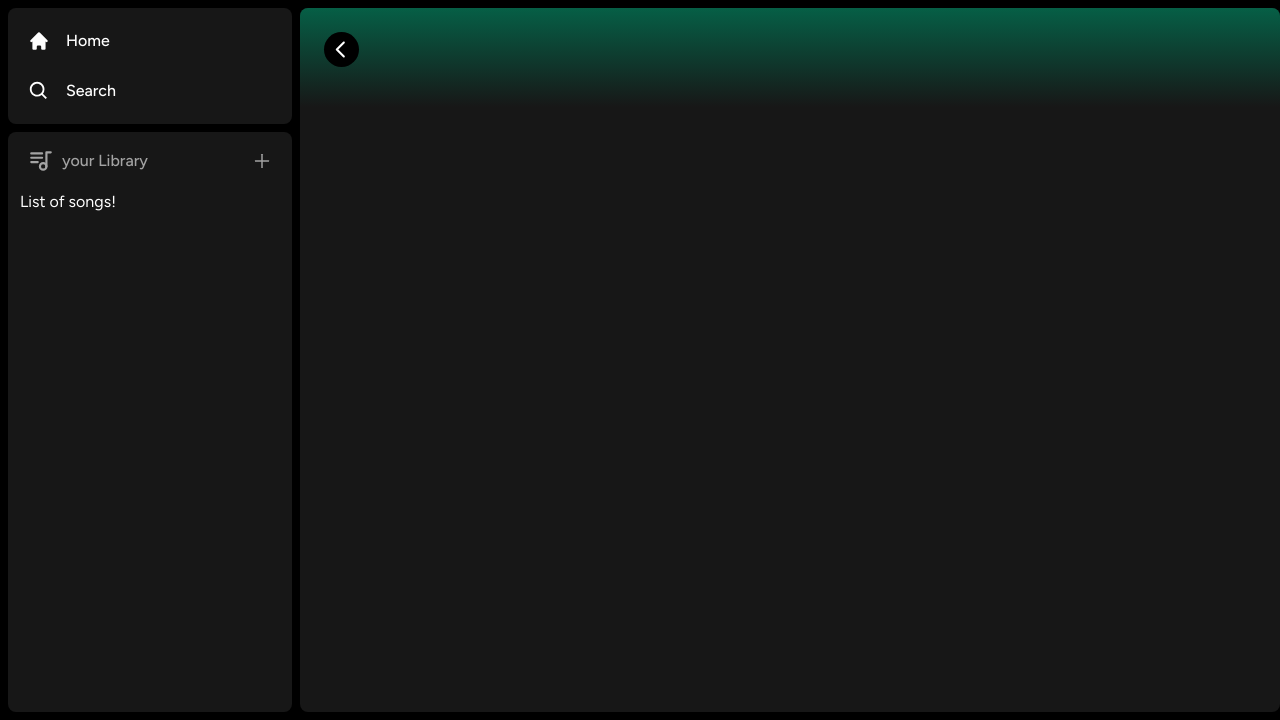
Repository: kjh4357/clone-spotify
Page: /
The author's editor kept a copy of each file at every save. The page is drawn from the files as they stood at one save, then again after the next save.
The browser window is 1280 px wide. The pictures show the whole page.
The project was rebuilt for these pictures with package versions that can differ from the ones it lists, and the page was loaded fresh each time. The framework's server and built-in components were replaced by stand-ins that run in the browser. Also part of the build but not shown: next.config.mjs.

Above is the page before, as saved 2024-09-25 17:23:45.

### src/app/layout.tsx
import type { Metadata } from 'next';
import { Figtree } from 'next/font/google';
import './globals.css';
import Sidebar from '@/components/Sidebar';

const font = Figtree({ subsets: ['latin'] });

export const metadata: Metadata = {
  title: 'Spotify Clone',
  description: 'Listen to your favorite music',
};

export default function RootLayout({
  children,
}: Readonly<{
  children: React.ReactNode;
}>) {
  return (
    <html lang='en'>
      <body className={font.className}>
        <Sidebar>{children}</Sidebar>
      </body>
    </html>
  );
}

### src/app/(site)/page.tsx
import Header from '@/components/Header';

export default function Home() {
  return (
    <div className='bg-neutral-900 rounded-lg h-full w-full overflow-hidden overflow-y-auto'>
      <Header>Header</Header>
    </div>
  );
}

### src/components/Sidebar.tsx
'use client';

import { usePathname } from 'next/navigation';
import { useMemo } from 'react';
import { BiSearch } from 'react-icons/bi';
import { HiHome } from 'react-icons/hi';
import Box from './Box';
import SidebarItem from './SidebarItem';
import Library from './Library';

interface SidebarProps {
  children: React.ReactNode;
}
const Sidebar: React.FC<SidebarProps> = ({ children }) => {
  const pathname = usePathname();
  const routes = useMemo(
    () => [
      {
        icon: HiHome,
        label: 'Home',
        active: pathname !== '/search',
        href: '/',
      },
      {
        icon: BiSearch,
        label: 'Search',
        active: pathname !== '/search',
        href: '/search',
      },
    ],
    [pathname]
  );
  return (
    <div className='flex h-full'>
      <div className='hidden md:flex flex-col gap-y-2 bg-black w-[300px] p-2'>
        <Box classname=''>
          <div className='flex flex-col gap-y-4 px-5 py-4'>
            {routes.map((item) => (
              <SidebarItem key={item.label} {...item} />
            ))}
          </div>
        </Box>
        <Box classname='overflow-y-auto h-full'>
          <Library />
        </Box>
      </div>
      <main className='h-full flex-1 overflow-y-auto py-2'>{children}</main>
    </div>
  );
};

export default Sidebar;

### src/components/Header.tsx
'use client';

import { useRouter } from 'next/navigation';
import { RxCaretLeft } from 'react-icons/rx';
import { twMerge } from 'tailwind-merge';

interface HeaderProps {
  children: React.ReactNode;
  classname?: string;
}

const Header: React.FC<HeaderProps> = ({ children, classname }) => {
  const router = useRouter();

  const handleLogout = () => {};
  return (
    <header
      className={twMerge(
        `h-fit bg-gradient-to-b from-emerald-800 p-6`,
        classname
      )}
    >
      <div className='w-full mb-4 flex items-center justify-between'>
        <div className='hidden md:flex gap-x-2 items-center'>
          <button className='rounded-full bg-black flex items-center justify-center hovre:opacity-75 transition'>
            <RxCaretLeft className='text-white' size={35} />
          </button>
        </div>
      </div>
    </header>
  );
};

export default Header;

### src/components/Box.tsx
import { twMerge } from 'tailwind-merge';

interface BoxProps {
  children: React.ReactNode;
  classname: string;
}
const Box: React.FC<BoxProps> = ({ children, classname }) => {
  return (
    <div
      className={twMerge(`bg-neutral-900 rounded-lg h-fit w-full`, classname)}
    >
      {children}
    </div>
  );
};

export default Box;

### src/components/SidebarItem.tsx
import Link from 'next/link';
import { IconType } from 'react-icons';
import { twMerge } from 'tailwind-merge';

interface SidebarItemProps {
  icon: IconType;
  label: string;
  active: boolean;
  href: string;
}

const SidebarItem: React.FC<SidebarItemProps> = ({
  icon: Icon,
  label,
  active,
  href,
}) => {
  return (
    <Link
      href={href}
      className={twMerge(
        `flex flex-row h-auto items-center w-full gap-x-4 text-md font-medium cursor-pointer hover:text-white transition text-neutral-400 py-1`,
        active ? 'text-white' : 'text-white'
      )}
    >
      <Icon size={26} />
      <span className='truncate w-full'>{label}</span>
    </Link>
  );
};

export default SidebarItem;

### src/components/Library.tsx
'use client';

import { AiOutlinePlus } from 'react-icons/ai';
import { TbPlaylist } from 'react-icons/tb';

const Library: React.FC = () => {
  const onClick = () => {
    console.log('Create Playlist');
  };
  return (
    <div className='flex flex-col'>
      <div className='flex items-center justify-between px-5 pt-4'>
        <div className='inline-flex items-center gap-x-2'>
          <TbPlaylist className='text-neutral-400' size={26} />
          <p className='text-neutral-400 font-medium text-md'>your Library</p>
        </div>
        <AiOutlinePlus
          className='text-neutral-400 cursor-pointer hover:text-white transition'
          onClick={onClick}
          size={20}
        />
      </div>
      <div className='flex flex-col gap-y-2 mt-4 px-3'>List of songs!</div>
    </div>
  );
};

export default Library;

Loaded but not shown: src/app/globals.css (common file); tailwind.config.ts (common file)

After the next save:
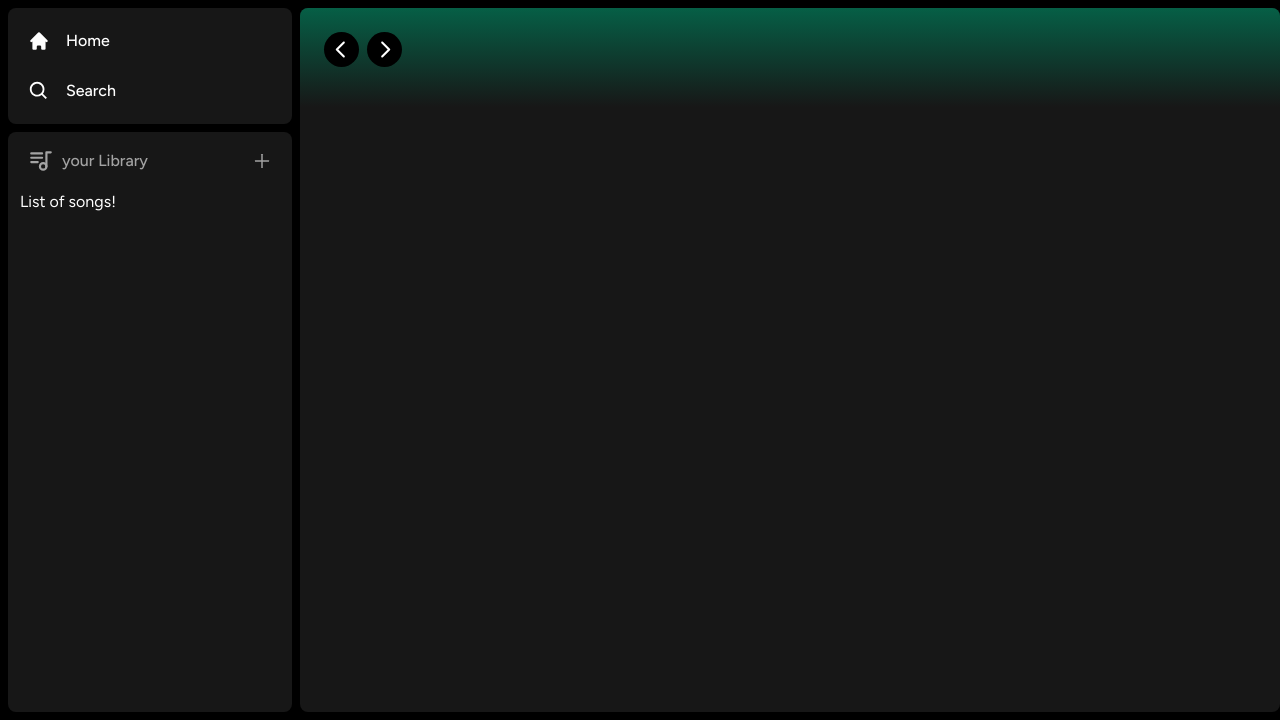
Saved 18 s later.
--- a/src/components/Header.tsx
+++ b/src/components/Header.tsx
@@ -1,7 +1,7 @@
 'use client';
 
 import { useRouter } from 'next/navigation';
-import { RxCaretLeft } from 'react-icons/rx';
+import { RxCaretLeft, RxCaretRight } from 'react-icons/rx';
 import { twMerge } from 'tailwind-merge';
 
 interface HeaderProps {
@@ -25,6 +25,9 @@ const Header: React.FC<HeaderProps> = ({ children, classname }) => {
           <button className='rounded-full bg-black flex items-center justify-center hovre:opacity-75 transition'>
             <RxCaretLeft className='text-white' size={35} />
           </button>
+          <button className='rounded-full bg-black flex items-center justify-center hovre:opacity-75 transition'>
+            <RxCaretRight className='text-white' size={35} />
+          </button>
         </div>
       </div>
     </header>
